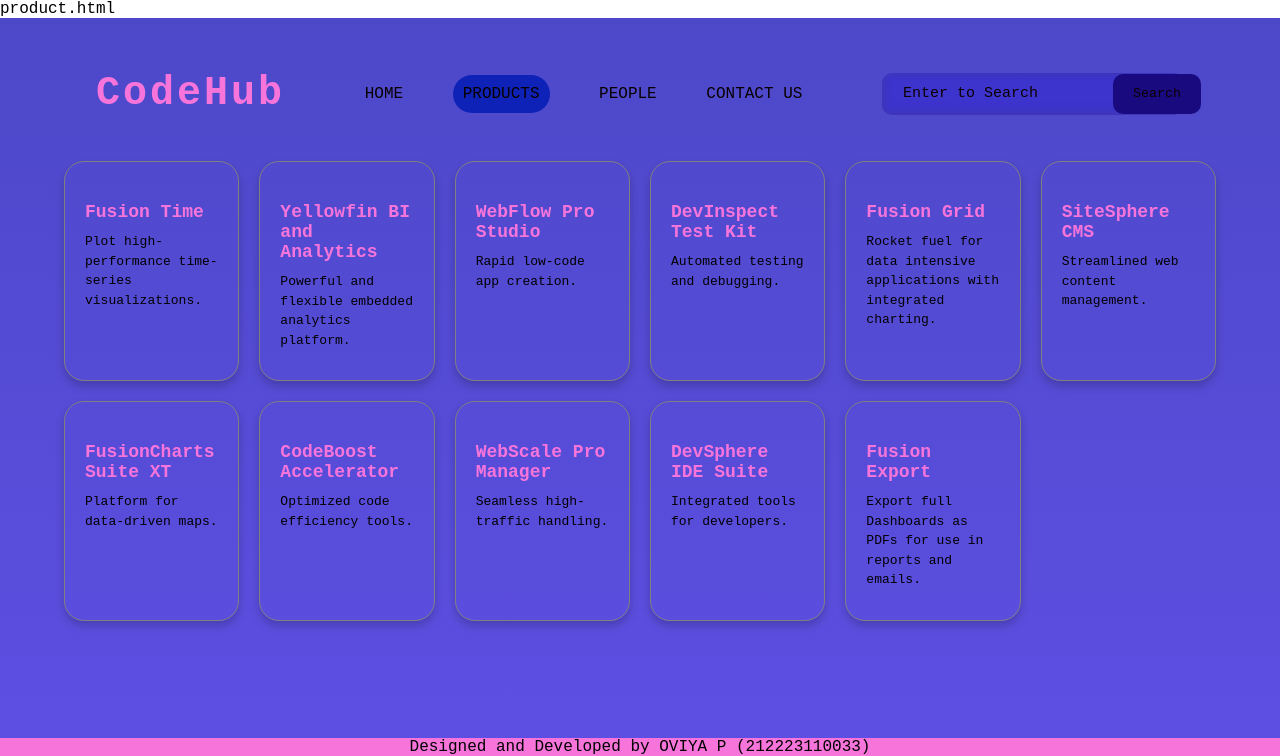
Repository: Oviya24032K6/softweb
Page: oviya/softapp/static/product.html
An editor plug-in stored every save of this project. The page is shown before and after the next save, followed by the edit.
The browser window is 1280 px wide. The pictures show the whole page.

Above is the page before, as saved 2024-04-23 11:21:16.

### oviya/softapp/static/product.html
product.html

<html>
    <head>
        <meta name="viewport" content="width=device-width, initial-scale=1.0">
        <title> Product Page </title>
        <style type="text/css">
            * {
                margin: 0;
                padding: 0;
                font-family: 'Courier New', Courier, monospace;
            }
            .banner {
                width: 100%;
                height: 100vh;
                background-image: linear-gradient(rgba(17, 11, 182, 0.75),rgba(39, 20, 217, 0.75));
                background-size: cover;
                background-position: center;
            }
            .navbar {
                width: 85%;
                margin: auto;
                padding: 35px 0;
                display: flex;
                align-items: center;
                justify-content: space-between;
            }
            .bg-product {
                border: 1px;
                padding: 10px;
                color: rgb(12, 11, 11);
                background-color:#0e22b8;
                border-radius: 30px;s
            }
            .logo {
                color:#f775db;
                font-size: 40px;
                font-weight: 700;
                letter-spacing: 3px;
            }
            span {
                color: rgb(5, 4, 4);
            }
            form {
                width: 300px;
                height: 40px;
                display: flex;
                background: hsla(0, 100%, 1%, 0.2);
                padding: 1px 1px;
                font-size: 15px;
                border-radius: 10px;
                backdrop-filter: blur(4px) saturate(180%);
            }
            form input {
                background: transparent;
                flex: 1;
                border: 0;
                outline: none;
                padding: 12px 20px;
                font-size: 15px;
                color: rgb(18, 1, 1);
            }
            ::placeholder {
                color: rgb(12, 0, 0);
            }
            form button {
                border: 0;
                outline: none;
                padding: 5px 20px;
                color: rgb(11, 0, 0);
                border-radius: 10px;
                background:#1a0a7f;
                cursor: pointer;
            }
            .navbar li {
                list-style: none;
                display: inline-block;
                margin: 0 20px;
                position: relative;
            }
            .navbar li a {
                text-decoration: none;
                color: rgb(8, 0, 0);
                text-transform: uppercase;
            }
            .navbar li:hover {
                border: 1px;
                padding: 10px;
                color: rgb(4, 0, 0);
                background-color:#0c127f;
                transition: 0.5s;
                cursor: pointer;
                border-radius: 30px;
            }
            .container {
                background: transparent;
                padding: 10px 5%;
                padding-bottom: 100px;
            }
            .container .box-container {
                display: grid;
                grid-template-columns: repeat(auto-fit, minmax(170px, 1fr));
                gap: 20px;
            }
            .container .box-container .box {
                color: rgb(8, 0, 0);
                box-shadow: 0 5px 10px rgba(0,0,0,.2);
                border-radius: 20px;
                background: transparent;
                border: 1px solid gray;
                padding: 30px 20px;
            }
            .container .box-container .box img {
                height: 70px;
                border-radius: 20px;
            }
            .container .box-container .box h3 {
                color:#f775db;
                font-size: large;
                padding: 10px 0;
            }
            .container .box-container .box p {
                color: rgb(3, 0, 0);
                font-size: small;
                line-height: 1.5;
            }
            footer {
                background-color:#f775db;
                margin-top: auto;
            }
        </style>
    </head>
<body>
    <div class="banner">
        <br>
        <div class="navbar">
            <h1 class="logo">CodeHub</h1>
            <ul>
                <li><a href="http://127.0.0.1:8000/static/homepage.html"> Home </a></li>
                <li><a href="http://127.0.0.1:8000/static/products.html" class="bg-product"> Products </a></li>
                <li><a href="http://127.0.0.1:8000/static/person.html"> People </a></li>
                <li><a href="http://127.0.0.1:8000/static/contactus.html"> Contact us</a></li>
            </ul>
            <form action="" method="get">
                <input type="text" placeholder="Enter to Search">
                <button type="submit"> Search </button>
            </form>
        </div>
        <div class="container">
            <div class="box-container">


                <div class="box">
                    <h3> Fusion Time </h3>
                    <p> Plot high-performance time-series visualizations. </p>
                </div>
                <div class="box">
                    <h3> Yellowfin BI and Analytics </h3>
                    <p> Powerful and flexible embedded analytics platform. </p>
                </div>
                <div class="box">
                    <h3> WebFlow Pro Studio </h3>
                    <p> Rapid low-code app creation. </p>
                </div>
                <div class="box">
                    <h3> DevInspect Test Kit </h3>
                    <p> Automated testing and debugging. </p>
                </div>
                <div class="box">
                    <h3> Fusion Grid </h3>
                    <p> Rocket fuel for data intensive applications with integrated charting. </p>
                </div>
                <div class="box">
                    <h3> SiteSphere CMS </h3>
                    <p> Streamlined web content management. </p>
                </div>
                <div class="box">
                    <h3> FusionCharts Suite XT </h3>
                    <p> Platform for data-driven maps. </p>
                </div>
                <div class="box">
                    <h3> CodeBoost Accelerator </h3>
                    <p> Optimized code efficiency tools. </p>
                </div>
                <div class="box">
                    <h3> WebScale Pro Manager </h3>
                    <p> Seamless high-traffic handling. </p>
                </div>
                <div class="box">
                    <h3> DevSphere IDE Suite </h3>
                    <p> Integrated tools for developers. </p>
                </div>
                <div class="box">
                    <h3> Fusion Export </h3>
                    <p> Export full Dashboards as PDFs for use in reports and emails. </p>
                </div>

            </div>

            </div>
        </div>
    </div>
    <footer>
        <center> Designed and Developed by OVIYA P (212223110033) </center>
    </footer>
</body>
</html>

After the next save:
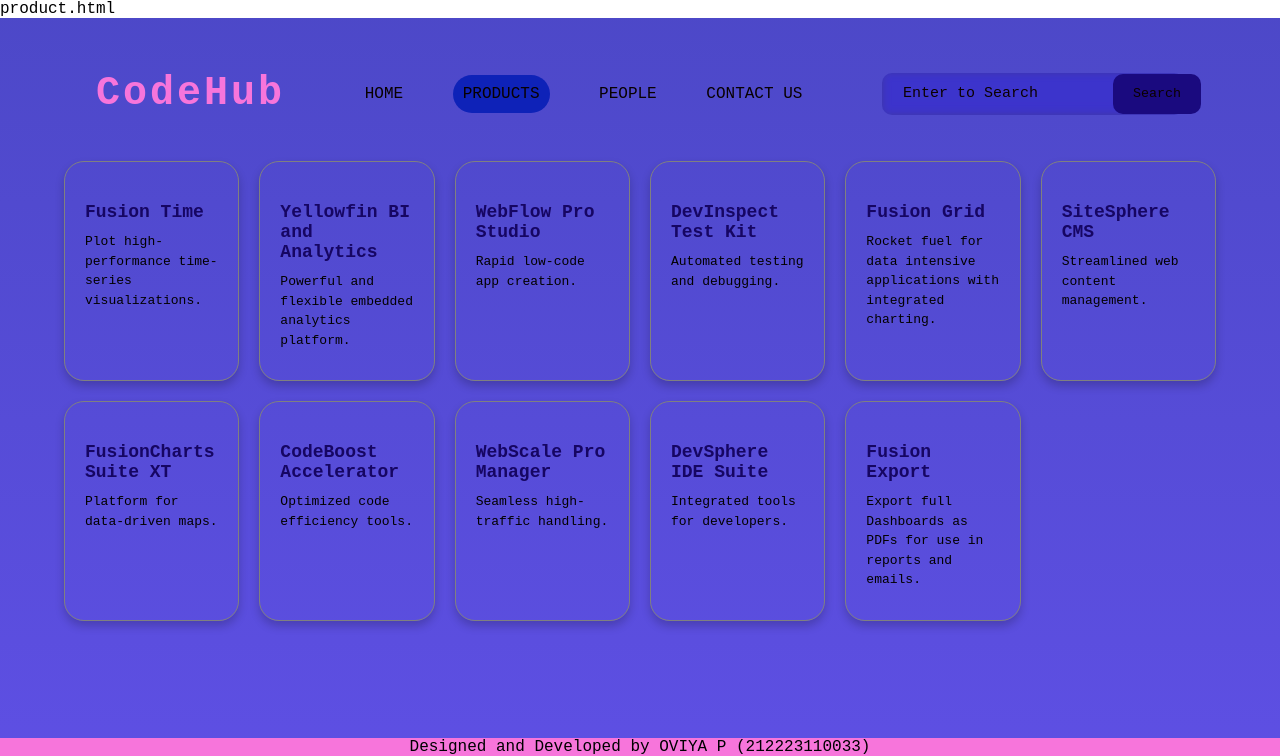
Saved 7 s later.
--- a/oviya/softapp/static/product.html
+++ b/oviya/softapp/static/product.html
@@ -115,7 +115,7 @@ product.html
                 border-radius: 20px;
             }
             .container .box-container .box h3 {
-                color:#f775db;
+                color:#160663;
                 font-size: large;
                 padding: 10px 0;
             }
